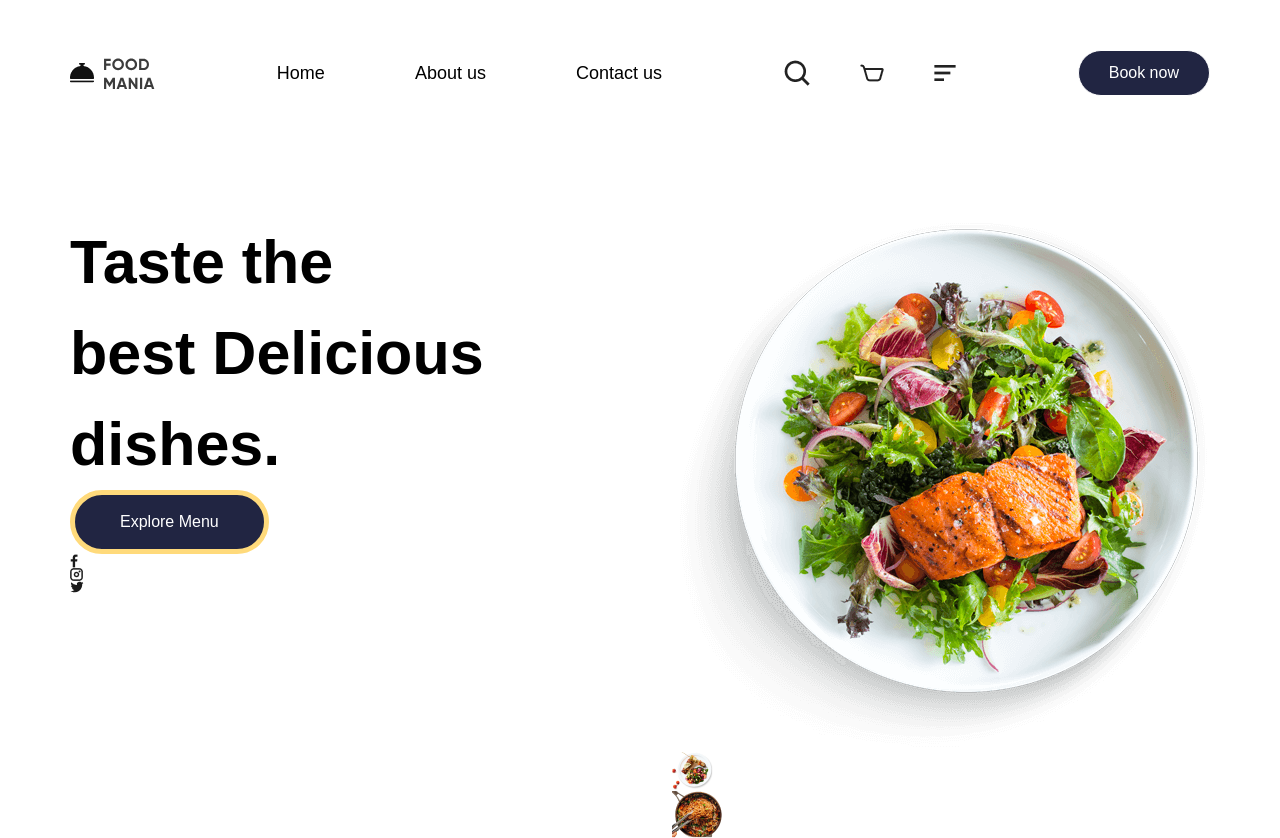
Repository: hoang0508/Figmafood
Page: index.html
An editor plug-in stored every save of this project. The page is shown before and after the next save, followed by the edit.
The browser window is 1280 px wide. The pictures show the whole page.
The style sheet was rebuilt from its Sass, Less or Tailwind sources for each picture, by a compiler version that may differ from the author's.

Above is the page before, as saved 2021-11-08 09:37:43.

### index.html
<!DOCTYPE html>
<html lang="en">
  <head>
    <meta charset="UTF-8" />
    <meta http-equiv="X-UA-Compatible" content="IE=edge" />
    <meta name="viewport" content="width=device-width, initial-scale=1.0" />
    <title>LandingPage Food</title>
    <link
      rel="stylesheet"
      href="https://cdnjs.cloudflare.com/ajax/libs/font-awesome/4.7.0/css/font-awesome.min.css"
      integrity="sha512-SfTiTlX6kk+qitfevl/7LibUOeJWlt9rbyDn92a1DqWOw9vWG2MFoays0sgObmWazO5BQPiFucnnEAjpAB+/Sw=="
      crossorigin="anonymous"
      referrerpolicy="no-referrer"
    />
    <link rel="preconnect" href="https://fonts.googleapis.com" />
    <link rel="preconnect" href="https://fonts.gstatic.com" crossorigin />
    <link
      href="https://fonts.googleapis.com/css2?family=Poppins:wght@300;400;500;600;700&display=swap"
      rel="stylesheet"
    />
    <link rel="stylesheet" href="./css/app.css" />
  </head>
  <body>
    <div class="wrapper">
      <header class="header">
        <div class="container">
          <div class="header-container d-flex--between">
            <div class="header-logo d-flex--center">
              <img src="./images/logo.png" alt="" />
              <img src="./images/FOOD MANIA.svg" alt="" />
            </div>
            <ul class="header-list d-flex--center">
              <li class="header-item">
                <a href="#" class="header-link">Home</a>
              </li>
              <li class="header-item">
                <a href="#" class="header-link">About us</a>
              </li>
              <li class="header-item">
                <a href="#" class="header-link">Contact us</a>
              </li>
            </ul>
            <div class="header-icon d-flex--center">
              <a href="#" class="icon-link">
                <img src="./images/icon-search.png" alt="" />
              </a>
              <a href="#" class="icon-link">
                <img src="./images/icon-cart.png" alt="" />
              </a>
              <a href="#" class="icon-link">
                <img src="./images/icon-bars.png" alt="" />
              </a>
            </div>
            <button class="button button--primary">Book now</button>
          </div>
        </div>
      </header>
      <main>
        <section class="hero">
          <div class="container">
            <div class="hero-container d-flex--between">
              <div class="hero-content">
                <h3 class="hero-title">
                  Taste the <span>best Delicious</span> dishes.
                </h3>
                <button class="button button--primary button--secondary">
                  Explore Menu
                </button>
                <div class="hero-social">
                  <a href="#" class="social-face">
                    <img src="./images/facebook.png" alt="" />
                  </a>
                  <a href="#" class="social-inst">
                    <img src="./images/instagram.png" alt="" />
                  </a>
                  <a href="#" class="social-twit">
                    <img src="./images/twitter.png" alt="" />
                  </a>
                </div>
              </div>
              <div class="hero-image">
                <div class="header-image--big">
                  <img
                    src="./images/kisspng-hamburger-street-food-seafood-fast-food-delicious-food-5a75083cceaf41 1.png"
                    alt=""
                  />
                </div>
                <div class="header-image--small-top">
                  <img src="./images/dlf 1.png" alt="" />
                </div>
                <div class="header-image--smal-bottom">
                  <img
                    src="./images/Pad-Thai_1-removebg-preview 1.png"
                    alt=""
                  />
                </div>
              </div>
            </div>
          </div>
        </section>
      </main>
    </div>
  </body>
</html>

### sass/app.scss
@import "variable";
@import "reset";
@import "global";
@import "typography";
@import "header";
@import "hero";

### sass/variable.scss
$primary-color: #212542;
$secondary-color: #2e0a0c;
$border-color: #ffda7b;
$text-color-box: #424242;
$text-color-small: #747474;

### sass/reset.scss
html {
  box-sizing: border-box;
}
* {
  margin: 0;
  padding: 0;
}
*,
*:before,
*:after {
  box-sizing: border-box;
}
input,
textarea,
select,
button {
  outline: none;
}
input {
  line-height: normal;
}
label,
button {
  cursor: pointer;
}
a {
  text-decoration: none;
}
img {
  display: block;
  max-width: 100%;
}

ul,
li {
  list-style: none;
}

### sass/global.scss
.wrapper {
  max-width: 1440px;
  margin: 0 auto;
  overflow: hidden;
}

.container {
  max-width: 1170px;
  margin: 0 auto;
  padding: 0 15px;
}

body {
  font-family: "Popins", sans-serif;
  line-height: 1;
  font-size: 16px;
}

.d-flex--center {
  display: flex;
  align-items: center;
}

.d-flex--between {
  display: flex;
  justify-content: space-between;
  align-items: center;
}

.button {
  display: inline-block;
  color: #fff;
  background-color: $primary-color;
  border: 0;
  &--primary {
    font-size: 16px;
    font-weight: 500;
    line-height: calc(24 / 16);
    padding: 10px 30px;
    background: #212542;
    border: 1.5px solid #ffffff;
    border-radius: 100px;
    display: flex;
    align-items: center;
    justify-content: center;
  }
  &--secondary {
    padding: 15px 45px;
    border-width: 5px;
    border-color: $border-color;
  }
}

### sass/typography.scss
.heading-title {
  font-size: 58px;
  font-weight: 600;
  line-height: calc(87 / 58);
  color: $secondary-color;
}

.text-desc {
  font-size: 18px;
  font-weight: 500;
  line-height: calc(27 / 18);
  padding: 25px 0 71px;
}

### sass/_header.scss
.header {
  margin-top: 50px;
  margin-bottom: 121px;
  &-logo {
    gap: 10px;
  }
  &-list {
    gap: 0 90px;
    font-size: 18px;
    font-weight: 500;
  }
  &-item {
    position: relative;
  }
  &-link {
    position: relative;
    color: #000000;
  }
  &-link:after {
    content: "";
    position: absolute;
    display: block;
    width: 0;
    height: 3px;
    background-color: $primary-color;
    bottom: -8px;
    border-radius: 5px;
    transition: all 0.3s linear;
  }
  &-link:hover::after {
    width: 100%;
    transition: all 0.3s linear;
  }
  &-icon {
    gap: 0 50px;
  }
}

### sass/_hero.scss
.hero {
  &-container {
    align-items: stretch;
  }
  &-content {
    max-width: 455px;
    width: 100%;
  }
  &-title {
    font-size: 61px;
    line-height: calc(91 / 61);
    span {
      display: block;
    }
  }
}

After the next save:
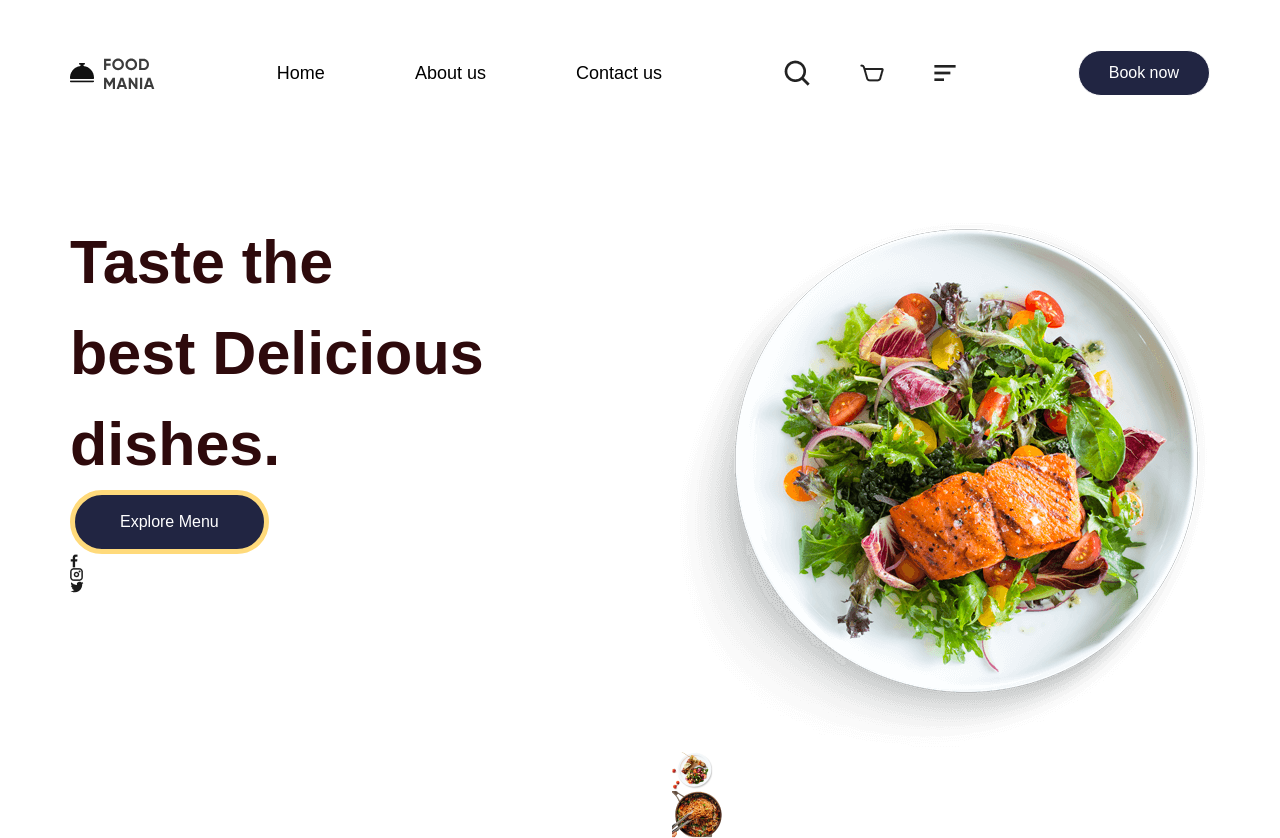
Saved 11 s later.
--- a/sass/_hero.scss
+++ b/sass/_hero.scss
@@ -9,6 +9,7 @@
   &-title {
     font-size: 61px;
     line-height: calc(91 / 61);
+    color: $secondary-color;
     span {
       display: block;
     }
